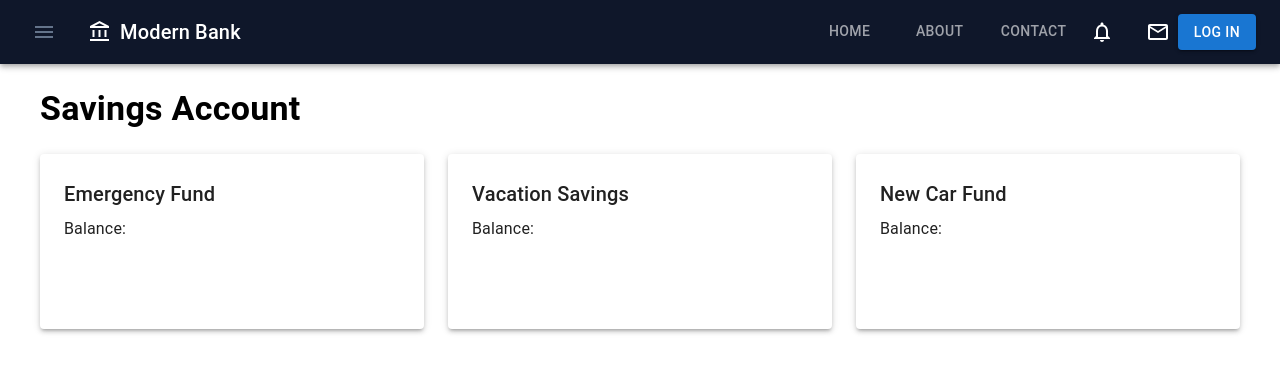
Repository: MohammadMazloum123/Moder-Bank-Full-Stack-Project
Page: /savings-account (app in Desktop/front-modernbank/front-modernbank/)
These files come from the project's save history. The page is drawn as it stood at one moment and after a run of saves; the edit follows.
The browser window is 1280 px wide. The pictures show the whole page.
The project was rebuilt for these pictures with package versions that can differ from the ones it lists, and the page was loaded fresh each time. Also part of the build but not shown: Desktop/front-modernbank/front-modernbank/src/components/HomePage.jsx, Desktop/front-modernbank/front-modernbank/src/transactions/NewTransaction.tsx, Desktop/front-modernbank/front-modernbank/src/transactions/TransactionsHistory.tsx.

Above is the page before, as saved 2024-11-18 17:20:19.

### Desktop/front-modernbank/front-modernbank/public/index.html
<!DOCTYPE html>
<html lang="en">
  <head>

    <meta charset="utf-8" />
    <link rel="icon" href="%PUBLIC_URL%/favicon.ico" />
    <meta name="viewport" content="width=device-width, initial-scale=1" />
    <meta name="theme-color" content="#000000" />
    <meta
      name="description"
      content="Web site created using create-react-app"
    />
    <link rel="apple-touch-icon" href="%PUBLIC_URL%/logo192.png" />

    <link rel="manifest" href="%PUBLIC_URL%/manifest.json" />

    <title>Modern Bank App</title>
    <style>
      body{
        margin: 0;
        padding: 0;
        box-sizing: border-box;
      }
    </style>
  </head>
  <body>
    <noscript>You need to enable JavaScript to run this app.</noscript>
    <div id="root"></div>
  </body>
</html>

### Desktop/front-modernbank/front-modernbank/src/App.js
import React from "react";
import { Box} from "@mui/material";
import NavBar from "./components/NavBar";
import {BrowserRouter as Router} from "react-router-dom";
import AppRoutes from "./route/AppRoutes.tsx";


function App() {
  return (
    <Router>
      <Box>
        <NavBar/>
      </Box>
      <AppRoutes/>
    </Router>
  );
}

export default App;

### Desktop/front-modernbank/front-modernbank/src/components/NavBar.jsx
import { AppBar, Toolbar, Typography, Tabs, Tab, Button, Box } from '@mui/material'
import React, { useState } from 'react'
import DrawerComp from '../DrawerComp';
import NotificationsNoneOutlinedIcon from '@mui/icons-material/NotificationsNoneOutlined';
import EmailOutlinedIcon from '@mui/icons-material/EmailOutlined';
import { AccountBalanceOutlined } from '@mui/icons-material';
import { Link } from 'react-router-dom';

const NavBar = () => {
    const [value, setvalue] = useState();
return (
    <AppBar position='sticky' sx={{bgcolor:"#0f172a"}}>
        <Toolbar>

                <DrawerComp/>
                <Box display="flex" alignItems="center" flex={3} ml={3}>
                    <AccountBalanceOutlined fontSize='medium' sx={{ color: "white", mr: 1 }} />
                        <Typography variant='h6' color='inherit'>
                            Modern Bank
                        </Typography>
                </Box>
            <Box display="flex" flex={0.7} justifyContent="center">
                <Tabs
                textColor='inherit'
                indicatorColor='secondary'
                value={value}
                onChange={(e, value) => setvalue(value)}
                >
                        <Tab LinkComponent={Link} to="/" label="Home"/>
                        <Tab label="About"/>
                        <Tab label="Contact"/>
                </Tabs>
            </Box>
            <Box display="flex" flex={0.4} alignItems="center" justifyContent="center">
                <NotificationsNoneOutlinedIcon sx={{mr:4}}/>
                <EmailOutlinedIcon/>
            </Box>
            <Box display="flex" justifyContent="flex-end">
                <Button sx={{marginLeft:'auto'}} variant='contained'>Log In</Button>
            </Box>
        </Toolbar>
    </AppBar>
)
}

export default NavBar

### Desktop/front-modernbank/front-modernbank/src/route/AppRoutes.tsx
import React from 'react'
import {Routes, Route} from "react-router-dom";
import HomePage from '../components/HomePage';
import NewTransaction from '../transactions/NewTransaction.tsx';
import TransactionsHistory from '../transactions/TransactionsHistory.tsx';
import SavingsAccount from '../savings/SavingsAccount.tsx';

const AppRoutes = () => {
    return (
        <Routes>
            <Route path='/' element={<HomePage/>}/>
            <Route path='/new-transactions' element={<NewTransaction/>}/>
            <Route path='/transactions-history' element={<TransactionsHistory/>}/>
            <Route path='/savings-account' element={<SavingsAccount/>}/>
        </Routes>
    )
}

export default AppRoutes

### Desktop/front-modernbank/front-modernbank/src/DrawerComp.jsx
import React, {useState} from 'react'
import MenuIcon from '@mui/icons-material/Menu';
import {
    Drawer,
    IconButton,
    List,
    ListItemButton,
    ListItemIcon,
    ListItemText,
    Typography,
    Collapse,
    Divider,
    Box,
    Switch
    } from '@mui/material';

import {
    ExpandLess,
    ExpandMore,
    AddOutlined,
    SavingsOutlined,
    HistoryOutlined,
    CreditCardOutlined,
    TrendingUpOutlined,
    AccountBalanceOutlined,
    PercentOutlined,
    AttachMoneyOutlined,
    ShowChartOutlined,
    LogoutOutlined,
} from "@mui/icons-material";
import { Link } from 'react-router-dom';


const DrawerComp = () => {
    const [OpenDrawer, setOpenDrawer] = useState(false);
      // Dropdown states
        const [transactionsOpen, setTransactionsOpen] = useState(false);
        const [savingsOpen, setSavingsOpen] = useState(false);
        const [expenseTracker, setExpenseTracker] = useState(false);

return (
    <>
        <Drawer
        open={OpenDrawer}
        onClose={() => setOpenDrawer(false)}
        sx={{padding: "16px"}}
        >
        <Typography
            variant="h6"
            sx={{
            padding: 2,
            textAlign: "center",
            bgcolor: "#0f172a",
            color: "white",
        }}
        >
            Modern Bank
        </Typography>
        <Divider/>

            <List sx={{p: 2 ,width:"340px"}}>
                {/* Account Transactions Dropdown */}
                <ListItemButton onClick={() => setTransactionsOpen(!transactionsOpen)}>
                    <ListItemIcon>
                        <CreditCardOutlined/>
                    </ListItemIcon>
                    <ListItemText primary="Transactions"/>
                    {transactionsOpen ? <ExpandLess/> : <ExpandMore/>}
                </ListItemButton>
                <Collapse in={transactionsOpen} timeout="auto" unmountOnExit>
                    <List component="div" disablePadding sx={{pl : 2}}>
                        <ListItemButton component={Link} to="/new-transactions">
                            <ListItemIcon>
                                <AddOutlined fontSize='small'/>
                            </ListItemIcon>
                        <ListItemText primary="New Transactions"/>
                        </ListItemButton>
                        <ListItemButton component={Link} to="/transactions-history">
                            <ListItemIcon>
                                <HistoryOutlined fontSize='small'/>
                            </ListItemIcon>
                        <ListItemText primary="Transactions History"/>
                        </ListItemButton>
                    </List>
                </Collapse>
                <Divider/>
                {/* Savings Dropdown */}
                <ListItemButton onClick={() => setSavingsOpen(!savingsOpen)}>
                    <ListItemIcon>
                        <SavingsOutlined fontSize='small'/>
                    </ListItemIcon>
                    <ListItemText primary="Savings"/>
                    {savingsOpen ? <ExpandLess/> : <ExpandMore/>}
                </ListItemButton>
                <Collapse in={savingsOpen} timeout="auto" unmountOnExit>
                    <List component="div" disablePadding sx={{pl : 2}}>
                        <ListItemButton component={Link} to="/savings-account">
                            <ListItemIcon>
                                <AccountBalanceOutlined fontSize='small'/>
                            </ListItemIcon>
                            <ListItemText primary="Savings Account"/>
                        </ListItemButton>
                        <ListItemButton>
                            <ListItemIcon>
                                <TrendingUpOutlined fontSize='small'/>
                            </ListItemIcon>
                            <ListItemText primary="Savings Goals"/>
                        </ListItemButton>
                        <ListItemButton>
                            <ListItemIcon>
                                <PercentOutlined fontSize='small'/>
                            </ListItemIcon>
                            <ListItemText primary="Interest Rate"/>
                        </ListItemButton>
                    </List>
                </Collapse>
                <Divider/>
            <ListItemButton onClick={() => setExpenseTracker(!expenseTracker)}>
                <ListItemIcon>
                    <AttachMoneyOutlined fontSize='small'/>
                </ListItemIcon>
                    <ListItemText primary="Expense Tracker" />
                    {transactionsOpen ? <ExpandLess/> : <ExpandMore/>}
            </ListItemButton>
            <Collapse in={expenseTracker} timeout="auto" unmountOnExit>
                <List component="div" disablePadding sx={{pl : 2}}>
                    <ListItemButton>
                        <ListItemIcon>
                            <ShowChartOutlined fontSize='small'/>
                        </ListItemIcon>
                        <ListItemText primary="Track Expenses"/>
                    </ListItemButton>
                </List>
            </Collapse>
              {/* Dark Mode Switch */}
        <Box display="flex" alignItems="center" mt={2}>
            <Typography variant="body1" sx={{ flexGrow: 1 }}>
                Dark Mode
            </Typography>
            <Switch
                inputProps={{ 'aria-label': 'Dark Mode Switch' }}
            />

            <ListItemButton>
                        <ListItemText primary="Log Out"/>
                        <ListItemIcon>
                            <LogoutOutlined/>
                        </ListItemIcon>
                    </ListItemButton>
        </Box>
            </List>
        </Drawer>
        {/* Drawer Toggle Button */}
        <IconButton onClick={() => setOpenDrawer(!OpenDrawer)}>
            <MenuIcon sx={{color:"#64748b"}}/>
        </IconButton>
    </>
)
}

export default DrawerComp

### Desktop/front-modernbank/front-modernbank/src/savings/SavingsAccount.tsx
import React, { useState } from 'react';
import {
    Typography,
    Box,
    Paper,
    Grid,
    Button,
    Table,
    TableBody,
    TableCell,
    TableContainer,
    TableHead,
    TableRow,
    LinearProgress,
    Chip,
    Dialog,
    DialogTitle,
    DialogContent,
    DialogActions,
    TextField,
} from '@mui/material';

// Mock data for demonstration
const mockSavingsAccounts = [
    { id: 1, name: 'Emergency Fund', balance: 5000, goal: 10000, interestRate: 1.5, lastTransaction: '2023-05-15' },
    { id: 2, name: 'Vacation Savings', balance: 2500, goal: 5000, interestRate: 2.0, lastTransaction: '2023-05-10' },
    { id: 3, name: 'New Car Fund', balance: 7500, goal: 15000, interestRate: 1.8, lastTransaction: '2023-05-20' },
];

const SavingsAccount = () => {
    const [openDialog, setOpenDialog] = useState(false);
    const [accounts, setAccounts] = useState(mockSavingsAccounts);
    const [newAccount, setNewAccount] = useState({name:'', goal:''})

    const handleOpenDialog = () => setOpenDialog(true);
    const handleCloseDialog = () => setOpenDialog(false);

    const handleAccount = () => {
        if(newAccount.name && newAccount.goal){
            const newAccountData = {
                id: accounts.length + 1,
                name: newAccount.name,
                balance: 0 ,
                goal: parseFloat(newAccount.name),
                interestRate : 1.5,
                lastTransaction: new Date().toISOString().split('T')[0],
            };
            setAccounts([...accounts, newAccountData]);
            setNewAccount({name:'', goal:''});
            handleCloseDialog();
        }
    };
return (
    <Box sx={{maxWidth:1200, mx:'auto', p:3}}>
        <Typography component="h1" variant='h4' gutterBottom sx={{fontWeight:'bold', mb:3}}>
            Savings Account
        </Typography>
        <Grid container spacing={3} sx={{mb:3}}>
            {accounts.map((account) =>(
                <Grid item xs={12} md={4} key={account.id}>
                    <Paper elevation={3} sx={{display:'flex', height:'100%', flexDirection:'column', p: 3}}>
                        <Typography variant='h6' gutterBottom>{account.name}</Typography>
                        <Box sx={{display:'flex', justifyContent:'space-between', mb:2}}>
                            <Typography>Balance:</Typography>
                        </Box>
                    </Paper>
                </Grid>
            ))}

        </Grid>
    </Box>
)
}

export default SavingsAccount

Loaded but not shown: Desktop/front-modernbank/front-modernbank/src/index.js (common file); Desktop/front-modernbank/front-modernbank/src/reportWebVitals.js (common file)

After the next 3 saves:
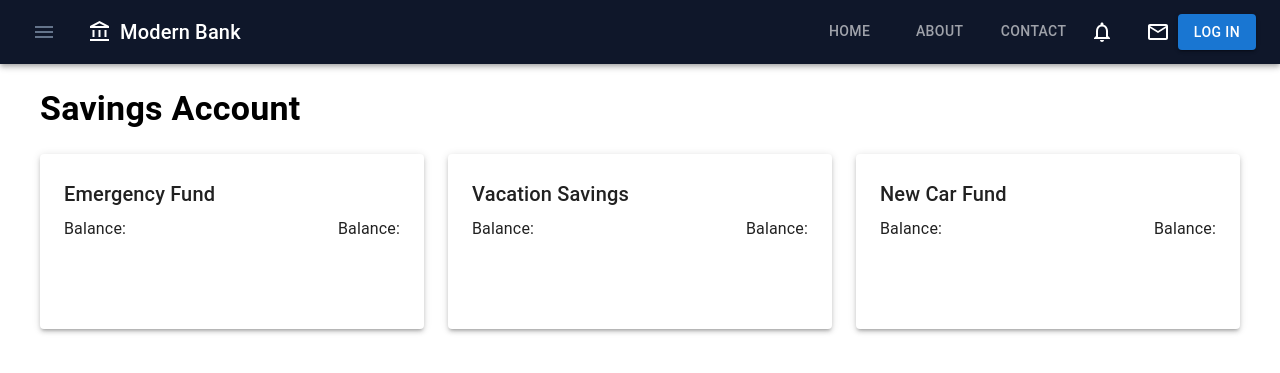
The 3 saves are shown as one change because they came seconds apart.
The last was saved 12 s later.
--- a/Desktop/front-modernbank/front-modernbank/src/savings/SavingsAccount.tsx
+++ b/Desktop/front-modernbank/front-modernbank/src/savings/SavingsAccount.tsx
@@ -61,7 +61,8 @@
                     <Paper elevation={3} sx={{display:'flex', height:'100%', flexDirection:'column', p: 3}}>
                         <Typography variant='h6' gutterBottom>{account.name}</Typography>
                         <Box sx={{display:'flex', justifyContent:'space-between', mb:2}}>
-                            <Typography>Balance:</Typography>
+                            <Typography variant='body1'>Balance:</Typography>
+                            <Typography variant='body1'>Balance:</Typography>
                         </Box>
                     </Paper>
                 </Grid>

After the save that followed:
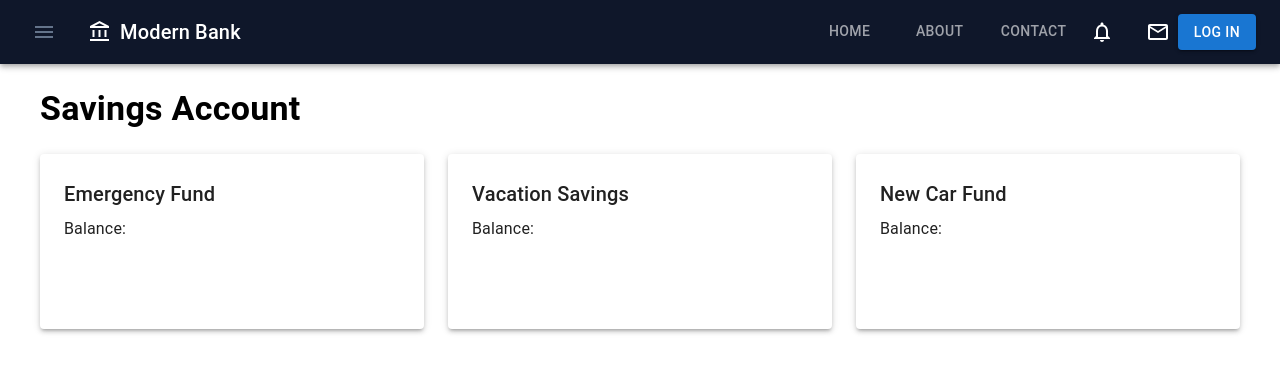
Saved 5 s later.
--- a/Desktop/front-modernbank/front-modernbank/src/savings/SavingsAccount.tsx
+++ b/Desktop/front-modernbank/front-modernbank/src/savings/SavingsAccount.tsx
@@ -62,7 +62,7 @@
                         <Typography variant='h6' gutterBottom>{account.name}</Typography>
                         <Box sx={{display:'flex', justifyContent:'space-between', mb:2}}>
                             <Typography variant='body1'>Balance:</Typography>
-                            <Typography variant='body1'>Balance:</Typography>
+                            <Typography variant='body1'></Typography>
                         </Box>
                     </Paper>
                 </Grid>
